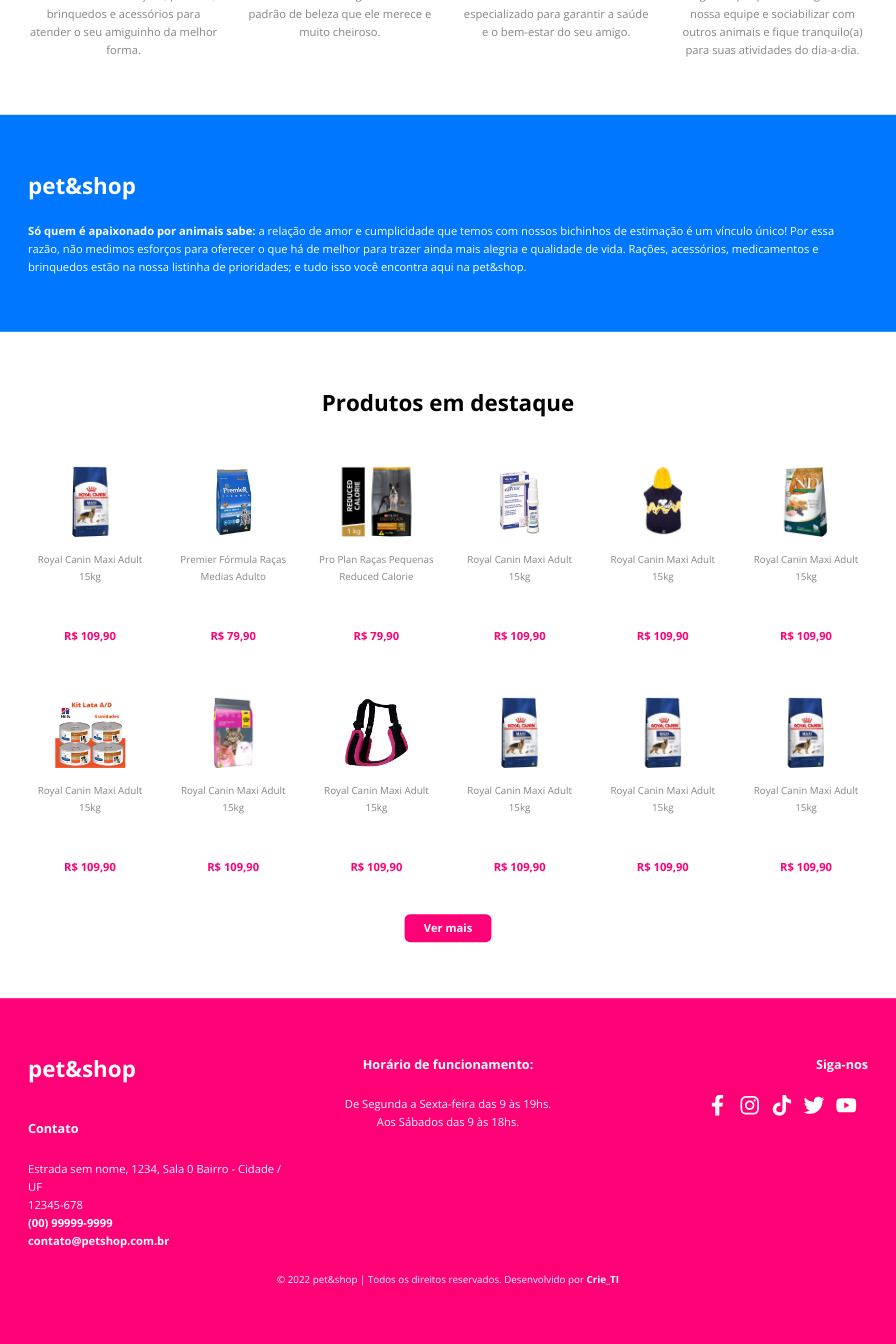
Repository: EzequielKaiber/pet-e-shop
Page: index.html
These files come from the project's save history. The page is drawn as it stood at one moment and after the next save; the edit follows.
The browser window is 1280 px wide. The pictures show the part of the page from y = 1130 to 3050 px (the page is 3050 px tall), at 70% of full size.

Above is the page before, as saved 2022-04-25 15:50:42.

### index.html
<!DOCTYPE html>
<html lang="en">
<head>
    <meta charset="UTF-8">
    <meta http-equiv="X-UA-Compatible" content="IE=edge">
    <meta name="viewport" content="width=device-width, initial-scale=1.0">
    <title>Document</title>
    <link rel="stylesheet" href="css/header.css">
    <link rel="stylesheet" href="css/style.css">
    <link rel="stylesheet" href="css/footer.css">
    <link href="https://fonts.googleapis.com/css2?family=Open+Sans:wght@400;700&display=swap" rel="stylesheet">
</head>
<header>
    <div class="container">
        <div class="header-itens">
            <a href="./">
                <div class="logo" style="background-image: url(img/logo-colored.svg);"></div>
            </a>
            <nav class="menu">
                <ul>
                    <li class="active">
                        <a href="./index.html">Home</a>
                    </li>
                    <li>
                        <a href="./sobre.html">Sobre</a>
                    </li>
                    <li>
                        <a href="./produtos.html">Produtos</a>
                    </li>
                    <li>
                        <a href="./servicos.html">Serviços</a>
                    </li>
                    <li>
                        <a href="./fale-conosco.html">Fale conosco</a>
                    </li>
                </ul>
            </nav>
        </div>
    </div>
</header>
<body>
    <div class="banner" style="background-image: url(img/banner.jpg);"></div>
    <section class="servicos">
        <div class="container">
            <div class="title">
                <h2>Nossos serviços</h2>
            </div>
            <div class="cards">
                <div class="card">
                    <div class="icon" style="background-image: url(img/Ícones/paw-solid.svg)"></div>
                    <h1>Produtos</h1>
                    <p>Uma variedade de rações, petiscos, brinquedos e acessórios para atender o seu amiguinho da melhor forma.</p>
                </div>
                <div class="card">
                    <div class="icon" style="background-image: url(img/Ícones/shower-solid.svg)"></div>
                    <h1>Banho e Tosa</h1>
                    <p>Para deixar seu amiguinho com o padrão de beleza que ele merece e muito cheiroso.</p>
                </div>
                <div class="card">
                    <div class="icon" style="background-image: url(img/Ícones/syringe-solid.svg)"></div>
                    <h1>Centro Médico</h1>
                    <p>Atendimento veterinário especializado para garantir a saúde e o bem-estar do seu amigo.</p>
                </div>
                <div class="card">
                    <div class="icon" style="background-image: url(img/Ícones/dog-solid.svg)"></div>
                    <h1>Creche</h1>
                    <p> Traga seu pet para interagir com a nossa equipe e sociabilizar com outros animais e fique tranquilo(a) para suas atividades do dia-a-dia.</p>
                </div>
            </div>
        </div>
    </section>
    <section class="petshop">
        <div class="container">
            <h2>pet&shop</h2>
            <p><b>Só quem é apaixonado por animais sabe:</b> a relação de amor e cumplicidade que temos com
                nossos bichinhos de estimação é um vínculo único! Por essa razão, não medimos esforços para
                oferecer o que há de melhor para trazer ainda mais alegria e qualidade de vida. Rações,
                acessórios, medicamentos e brinquedos estão na nossa listinha de prioridades; e tudo isso você
                encontra aqui na pet&shop.
                </p>
        </div>
    </section>
    <section class="produtos">
        <div class="container">
            <div class="title">
                <h2>Produtos em destaque</h2>
            </div>
            <div class="cards-produtos">
                <div class="card">
                    <div class="image" style="background-image: url(img/Produtos/product-1.webp);"></div>
                    <small>Royal Canin Maxi Adult 15kg</small>
                    <span>R$ 109,90</span>
                </div>
                <div class="card">
                    <div class="image" style="background-image: url(img/Produtos/product-2.webp);"></div>
                    <small>Premier Fórmula Raças Medias Adulto</small>
                    <span>R$ 79,90</span>
                </div>
                <div class="card">
                    <div class="image" style="background-image: url(img/Produtos/product-3.webp);"></div>
                    <small>Pro Plan Raças Pequenas Reduced Calorie</small>
                    <span>R$ 79,90</span>
                </div>
                <div class="card">
                    <div class="image" style="background-image: url(img/Produtos/product-4.webp);"></div>
                    <small>Royal Canin Maxi Adult 15kg</small>
                    <span>R$ 109,90</span>
                </div>
                <div class="card">
                    <div class="image" style="background-image: url(img/Produtos/product-5.webp);"></div>
                    <small>Royal Canin Maxi Adult 15kg</small>
                    <span>R$ 109,90</span>
                </div>
                <div class="card">
                    <div class="image" style="background-image: url(img/Produtos/product-6.webp);"></div>
                    <small>Royal Canin Maxi Adult 15kg</small>
                    <span>R$ 109,90</span>
                </div>
                <div class="card">
                    <div class="image" style="background-image: url(img/Produtos/product-7.webp);"></div>
                    <small>Royal Canin Maxi Adult 15kg</small>
                    <span>R$ 109,90</span>
                </div>
                <div class="card">
                    <div class="image" style="background-image: url(img/Produtos/product-8.webp);"></div>
                    <small>Royal Canin Maxi Adult 15kg</small>
                    <span>R$ 109,90</span>
                </div>
                <div class="card">
                    <div class="image" style="background-image: url(img/Produtos/product-9.webp);"></div>
                    <small>Royal Canin Maxi Adult 15kg</small>
                    <span>R$ 109,90</span>
                </div>
                <div class="card">
                    <div class="image" style="background-image: url(img/Produtos/product-1.webp);"></div>
                    <small>Royal Canin Maxi Adult 15kg</small>
                    <span>R$ 109,90</span>
                </div>
                <div class="card">
                    <div class="image" style="background-image: url(img/Produtos/product-1.webp);"></div>
                    <small>Royal Canin Maxi Adult 15kg</small>
                    <span>R$ 109,90</span>
                </div>
                <div class="card">
                    <div class="image" style="background-image: url(img/Produtos/product-1.webp);"></div>
                    <small>Royal Canin Maxi Adult 15kg</small>
                    <span>R$ 109,90</span>
                </div>
            </div>
            <div class="actions">
                <a href="./produtos.html"><button>Ver mais</button></a>
            </div>
        </div>
    </section>
    <footer>
        <div class="container">
            <div class="footer-itens">
                <div class="footer-item">
                    <h2>pet&shop</h2>
                    <ul>
                        <li class="title">Contato</li>
                        <li>Estrada sem nome, 1234, Sala 0 Bairro - Cidade / UF</li>
                        <li>12345-678</li>
                        <li><a href="tel:(00) 99999-9999">(00) 99999-9999</a></li>
                        <li><a href="mailto:contato@petshop.com.br">contato@petshop.com.br</a></li>
                    </ul>
                </div>
                <div class="footer-item dflex alg-center jcc f-col">
                    <h1>Horário de funcionamento:</h1>
                    <p>De Segunda a Sexta-feira das 9 às 19hs.</p>
                    <p>Aos Sábados das 9 às 18hs.</p>
                </div>
                <div class="footer-item social-items">
                    <h1>Siga-nos</h1>
                    <div class="social">
                        <a href="#">
                            <svg xmlns="http://www.w3.org/2000/svg" viewBox="0 0 320 512"><!--! Font Awesome Pro 6.1.1 by @fontawesome - https://fontawesome.com License - https://fontawesome.com/license (Commercial License) Copyright 2022 Fonticons, Inc. --><path d="M279.14 288l14.22-92.66h-88.91v-60.13c0-25.35 12.42-50.06 52.24-50.06h40.42V6.26S260.43 0 225.36 0c-73.22 0-121.08 44.38-121.08 124.72v70.62H22.89V288h81.39v224h100.17V288z"/></svg>
                        </a>
                        <a href="#">
                            <svg xmlns="http://www.w3.org/2000/svg" viewBox="0 0 448 512"><!--! Font Awesome Pro 6.1.1 by @fontawesome - https://fontawesome.com License - https://fontawesome.com/license (Commercial License) Copyright 2022 Fonticons, Inc. --><path d="M224.1 141c-63.6 0-114.9 51.3-114.9 114.9s51.3 114.9 114.9 114.9S339 319.5 339 255.9 287.7 141 224.1 141zm0 189.6c-41.1 0-74.7-33.5-74.7-74.7s33.5-74.7 74.7-74.7 74.7 33.5 74.7 74.7-33.6 74.7-74.7 74.7zm146.4-194.3c0 14.9-12 26.8-26.8 26.8-14.9 0-26.8-12-26.8-26.8s12-26.8 26.8-26.8 26.8 12 26.8 26.8zm76.1 27.2c-1.7-35.9-9.9-67.7-36.2-93.9-26.2-26.2-58-34.4-93.9-36.2-37-2.1-147.9-2.1-184.9 0-35.8 1.7-67.6 9.9-93.9 36.1s-34.4 58-36.2 93.9c-2.1 37-2.1 147.9 0 184.9 1.7 35.9 9.9 67.7 36.2 93.9s58 34.4 93.9 36.2c37 2.1 147.9 2.1 184.9 0 35.9-1.7 67.7-9.9 93.9-36.2 26.2-26.2 34.4-58 36.2-93.9 2.1-37 2.1-147.8 0-184.8zM398.8 388c-7.8 19.6-22.9 34.7-42.6 42.6-29.5 11.7-99.5 9-132.1 9s-102.7 2.6-132.1-9c-19.6-7.8-34.7-22.9-42.6-42.6-11.7-29.5-9-99.5-9-132.1s-2.6-102.7 9-132.1c7.8-19.6 22.9-34.7 42.6-42.6 29.5-11.7 99.5-9 132.1-9s102.7-2.6 132.1 9c19.6 7.8 34.7 22.9 42.6 42.6 11.7 29.5 9 99.5 9 132.1s2.7 102.7-9 132.1z"/></svg>
                        </a>
                        <a href="#">
                            <svg xmlns="http://www.w3.org/2000/svg" viewBox="0 0 448 512"><!--! Font Awesome Pro 6.1.1 by @fontawesome - https://fontawesome.com License - https://fontawesome.com/license (Commercial License) Copyright 2022 Fonticons, Inc. --><path d="M448,209.91a210.06,210.06,0,0,1-122.77-39.25V349.38A162.55,162.55,0,1,1,185,188.31V278.2a74.62,74.62,0,1,0,52.23,71.18V0l88,0a121.18,121.18,0,0,0,1.86,22.17h0A122.18,122.18,0,0,0,381,102.39a121.43,121.43,0,0,0,67,20.14Z"/></svg>
                        </a>
                        <a href="#">
                            <svg xmlns="http://www.w3.org/2000/svg" viewBox="0 0 512 512"><!--! Font Awesome Pro 6.1.1 by @fontawesome - https://fontawesome.com License - https://fontawesome.com/license (Commercial License) Copyright 2022 Fonticons, Inc. --><path d="M459.37 151.716c.325 4.548.325 9.097.325 13.645 0 138.72-105.583 298.558-298.558 298.558-59.452 0-114.68-17.219-161.137-47.106 8.447.974 16.568 1.299 25.34 1.299 49.055 0 94.213-16.568 130.274-44.832-46.132-.975-84.792-31.188-98.112-72.772 6.498.974 12.995 1.624 19.818 1.624 9.421 0 18.843-1.3 27.614-3.573-48.081-9.747-84.143-51.98-84.143-102.985v-1.299c13.969 7.797 30.214 12.67 47.431 13.319-28.264-18.843-46.781-51.005-46.781-87.391 0-19.492 5.197-37.36 14.294-52.954 51.655 63.675 129.3 105.258 216.365 109.807-1.624-7.797-2.599-15.918-2.599-24.04 0-57.828 46.782-104.934 104.934-104.934 30.213 0 57.502 12.67 76.67 33.137 23.715-4.548 46.456-13.32 66.599-25.34-7.798 24.366-24.366 44.833-46.132 57.827 21.117-2.273 41.584-8.122 60.426-16.243-14.292 20.791-32.161 39.308-52.628 54.253z"/></svg>
                        </a>
                        <a href="#">
                            <svg xmlns="http://www.w3.org/2000/svg" viewBox="0 0 576 512"><!--! Font Awesome Pro 6.1.1 by @fontawesome - https://fontawesome.com License - https://fontawesome.com/license (Commercial License) Copyright 2022 Fonticons, Inc. --><path d="M549.655 124.083c-6.281-23.65-24.787-42.276-48.284-48.597C458.781 64 288 64 288 64S117.22 64 74.629 75.486c-23.497 6.322-42.003 24.947-48.284 48.597-11.412 42.867-11.412 132.305-11.412 132.305s0 89.438 11.412 132.305c6.281 23.65 24.787 41.5 48.284 47.821C117.22 448 288 448 288 448s170.78 0 213.371-11.486c23.497-6.321 42.003-24.171 48.284-47.821 11.412-42.867 11.412-132.305 11.412-132.305s0-89.438-11.412-132.305zm-317.51 213.508V175.185l142.739 81.205-142.739 81.201z"/></svg>
                        </a>
                    </div>
                </div>
            </div>
            <div class="copy">
                <p>© 2022 pet&shop | Todos os direitos reservados. Desenvolvido por <a target="_blank" href="https://www.univates.br/crieti">Crie_TI</a></p>
            </div>
        </div>
    </footer>
</body>
</html>

### css/header.css
* {
    padding: 0;
    margin: 0;
    box-sizing: border-box;
}
header {
    width: 100%;
    height: 100px;
    background-color: #fff;
    box-shadow: 0 3px 6px 0 rgb(0 0 0 / 5%);
    position: fixed;
    top: 0;
    z-index: 999999;
}
header .header-itens {
    display: flex;
    flex-direction: row;
    justify-content: space-between;
    width: 100%;
    height: 100px;
    align-items: center;
}
header .header-itens .logo {
    width: 200px;
    height: 90px;
    background-position: center;
    background-repeat: no-repeat;
    background-size: contain;
}
header .header-itens .menu {
    display: flex;
    flex-direction: row;
}
header .header-itens .menu ul {
    list-style: none;
    display: flex;
    flex-direction: row;
    margin-right: 16px;
}
header .header-itens .menu ul li {
    height: 100%;
    padding: 38px 10px;
    margin-left: 20px;
}
header .header-itens .menu ul li a {
    font-size: 18px;
    line-height: 28px;
    color: #000;
    text-decoration: none;
    transition: ease-in-out 0.32s;
}
header .header-itens .menu ul li a:hover {
    transition: ease-in-out 0.32s;
    color: #f07;
}
header .header-itens .menu ul li.active {
    background-color: #f07;
}
header .header-itens .menu ul li.active a {
    color: #fff;
}

### css/footer.css
footer {
    background-color: #FF0077;
    padding: 80px 0;
}
footer .footer-itens {
    display: flex;
    flex-direction: row;
    justify-content: space-between;
}
footer .footer-itens .footer-item {
    width: calc(33% - 15px);
    height: fit-content;
}
footer .footer-itens .footer-item h2 {
    font-size: 32px;
    line-height: 42px;
    color: #fff;
    margin-bottom: 50px;
}
footer .footer-itens .footer-item ul {
    list-style: none;
    display: flex;
    flex-direction: column;
}
footer .footer-itens .footer-item ul li.title {
    font-size: 18px;
    line-height: 28px;
    color: #fff;
    font-weight: bold;
    margin-bottom: 30px;
}
footer .footer-itens .footer-item ul li {
    font-size: 16px;
    line-height: 26px;
    color: #fff;
}
footer .footer-itens .footer-item ul li a {
    font-size: 16px;
    line-height: 26px;
    color: #fff;
    font-weight: bold;
    text-decoration: none;
}
footer .footer-itens .footer-item h1 {
    font-size: 18px;
    line-height: 28px;
    color: #fff;
    font-weight: bold;
    margin-bottom: 30px;
}
footer .footer-itens .footer-item.social-items {
    align-items: flex-end;
    justify-content: flex-end;
    display: flex;
    flex-direction: column;
}
footer .footer-itens .footer-item p {
    font-size: 16px;
    line-height: 26px;
    color: #fff;
}
footer .footer-itens .footer-item .social {
    display: flex;
    flex-direction: row;
    align-items: flex-end;
}
footer .footer-itens .footer-item .social a {
    display: block;
    height: 30px;
    width: 30px;
    margin-right: 16px;
}
footer .footer-itens .footer-item .social a svg {
    height: 30px;
    width: 30px;
    fill: #fff;
    transition: ease-in-out 0.32s;
    transform: scale(1) rotate(0deg);
}
footer .footer-itens .footer-item .social a:hover svg {
    transform: scale(1.1) rotate(10deg);
    transition: ease-in-out 0.32s;
}
footer .copy {
    display: flex;
    margin-top: 30px;
    flex-direction: row;
    align-items: center;
    justify-content: center;
}
footer .copy p {
    font-size: 14px;
    line-height: 24px;
    color: #fff;
}
footer .copy p a {
    font-size: 14px;
    line-height: 24px;
    color: #fff;
    font-weight: bold;
    text-decoration: none;
}

Loaded but not shown: css/style.css (481 lines, source omitted)

After the next save:
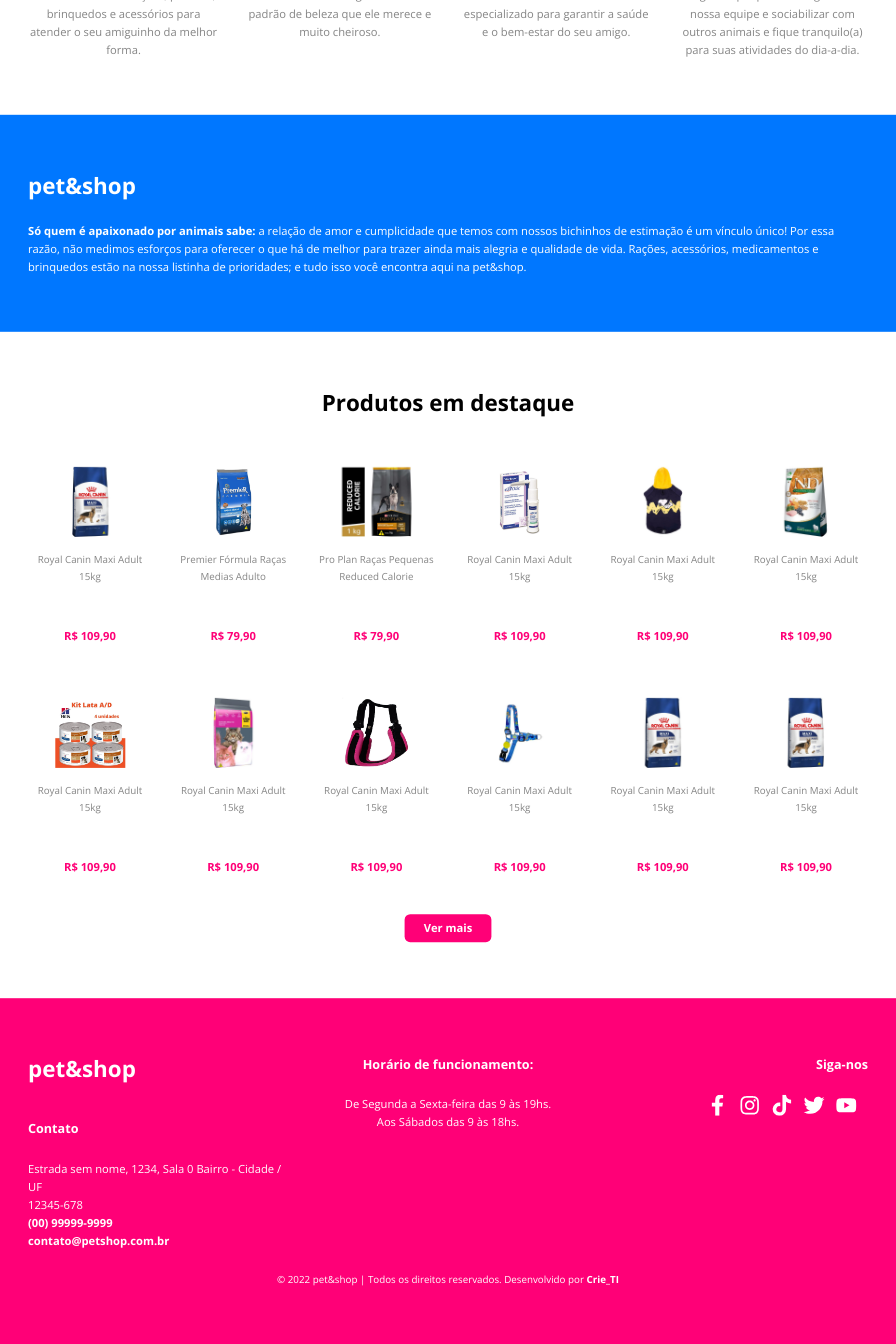
Saved 6 s later.
--- a/index.html
+++ b/index.html
@@ -132,7 +132,7 @@
                     <span>R$ 109,90</span>
                 </div>
                 <div class="card">
-                    <div class="image" style="background-image: url(img/Produtos/product-1.webp);"></div>
+                    <div class="image" style="background-image: url(img/Produtos/product-10.webp);"></div>
                     <small>Royal Canin Maxi Adult 15kg</small>
                     <span>R$ 109,90</span>
                 </div>
